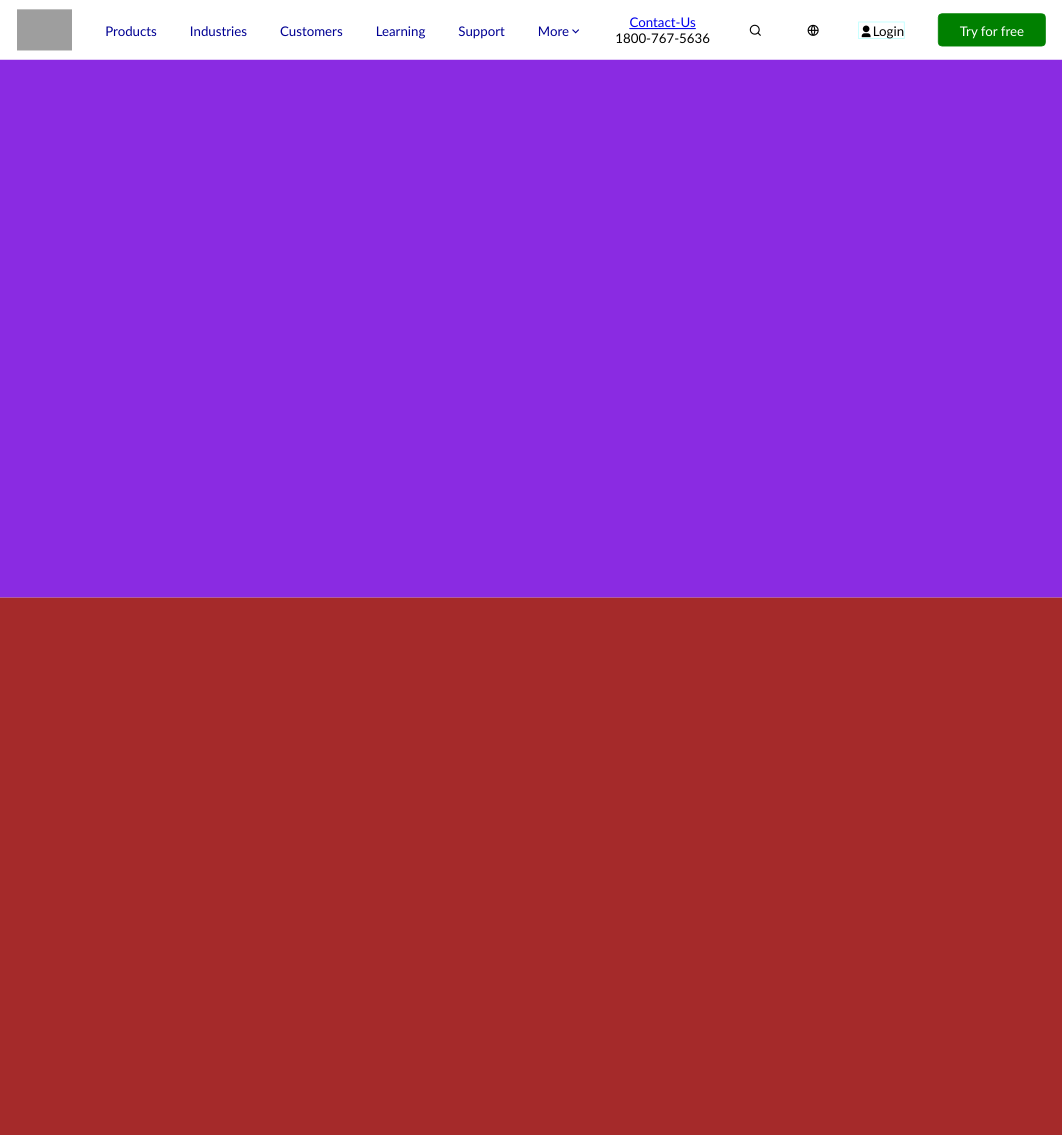
Repository: Chiranshukapil/html_css
Page: salesforce/index.html
An editor plug-in stored every save of this project. The page is shown before and after a run of saves, followed by the edit.
The browser window is 1280 px wide. The pictures show the whole page, at 83% of full size.
Pictures or frames that could not be fetched are drawn as grey boxes.

Above is the page before, as saved 2024-06-10 00:06:09.

### salesforce/index.html
<!DOCTYPE html>
<html lang="en">
    <head>
        <meta charset="UTF-8">
        <meta name="viewport" content="width=device-width, initial-scale=1.0">
        <title>Salesforce</title>
        <link rel="stylesheet" href="style.css">
        <link href="https://cdn.jsdelivr.net/npm/remixicon@4.2.0/fonts/remixicon.css" rel="stylesheet" />
    </head>
    <body>
        <div id="main">
            <div id="header">
                <div id="logo">
                    <img src="https://a.sfdcstatic.com/shared/images/c360-nav/salesforce-with-type-logo.svg" >
                </div>
                <div class="texts"><p>Products</p></div>
                <div class="texts"><p>Industries</p></div>
                <div class="texts"><p>Customers</p></div>
                <div class="texts"><p>Learning</p></div>
                <div class="texts"><p>Support</p></div>
                <div class="texts">
                    <p>More</p>
                    <p><i class="ri-arrow-down-s-line"></i></p>
                </div>
                <div id="contact">
                    <a  href="https://www.google.com/"><u>Contact-Us</u></a>
                    <p>1800-767-5636</p>
                </div>
                <div id="icon1" class="icon"><i class="ri-search-line"></i></div>
                <div class="icon"><i class="ri-global-line"></i></div>
                <div id="login">
                    <p><i class="ri-user-3-fill"></i></p>
                    <p>Login</p>
                </div>
                <div id="try">Try for free</div>
            </div>
            <div id="fakeheader"></div>
            <div id="page1"></div>
            <div id="page2"></div>
        </div>
    </body>
</html>

### salesforce/style.css
*{
    margin: 0%;
    padding: 0%;
    box-sizing: border-box;
    font-family: 'Gill Sans MT';
}

html,body{
    height: 100%;
    width: 100%;

}

#main{
    height: 100%;
    width: 100%;

}

#header{
    height: 10%;
    width: 100%;
    position: fixed;
    display: flex;
    align-items: center;
    justify-content: space-around;
    /* font-size: large; */
}

#logo{
    height: 70%;
}

#logo img{
    width: 100%;
    height: 100%;
}

#contact{
    text-align: center;

}

.icon{
    width: 30px;
    height: 30px;
    display: flex;
    align-items: center;
    justify-content: center;
    /* border: 1px solid;
    border-radius: 50%; */
}

.icon:hover{
    border: 1px solid rgb(188, 255, 255);
    border-radius: 50%;
    background-color:rgb(188, 255, 255);
}

#login{
    display: flex;
    border: 1px solid rgb(188, 255, 255);
    /* border-radius: 20px; */
}

#login:hover{
    /* border: 1px solid rgb(188, 255, 255);
    border-radius: 50%;
    background-color:rgb(188, 255, 255); */
}

#try{
    width: 130px;
    height: 40px ;
    color: white;
    display: flex;
    align-items: center;
    justify-content: center;
    background-color: green;
    border: 1px solid green;
    border-radius: 5px;
}

.texts{
    color: rgb(0, 0, 147);
    display: flex;
}

.texts:hover{
    color: rgb(113, 113, 243);
}

#fakeheader{
    height: 10%;
    width: 100%;
}

#page1{
    height: 90%;
    width: 100%;
    background-color: blueviolet;
}
#page2{
    height: 90%;
    width: 100%;
    background-color: brown;
}

After the next 3 saves:
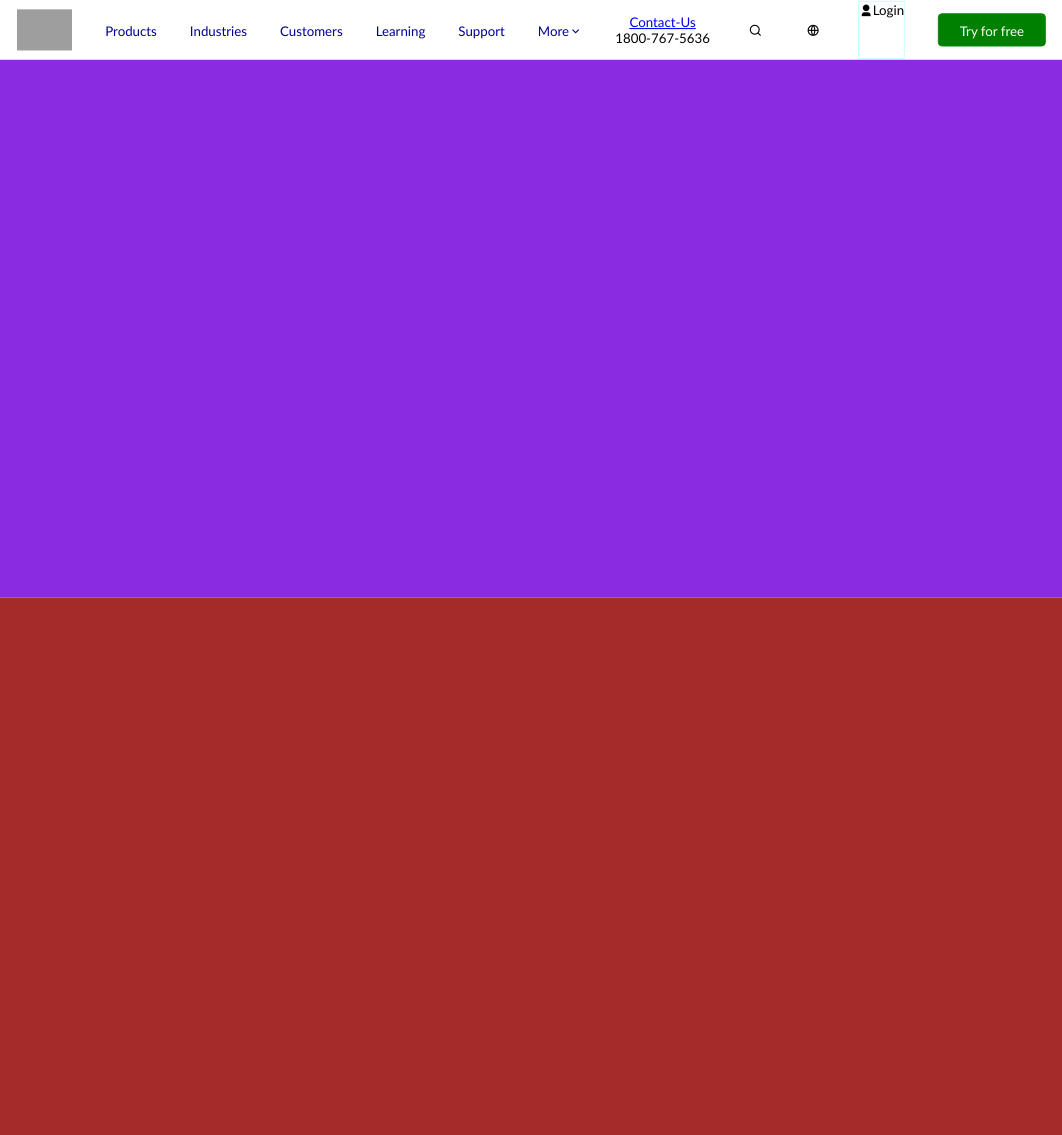
The 3 saves are shown as one change because they came seconds apart.
The last was saved 19 s later.
--- a/salesforce/style.css
+++ b/salesforce/style.css
@@ -58,6 +58,7 @@ html,body{
 }
 
 #login{
+    height: 70px;
     display: flex;
     border: 1px solid rgb(188, 255, 255);
     /* border-radius: 20px; */
